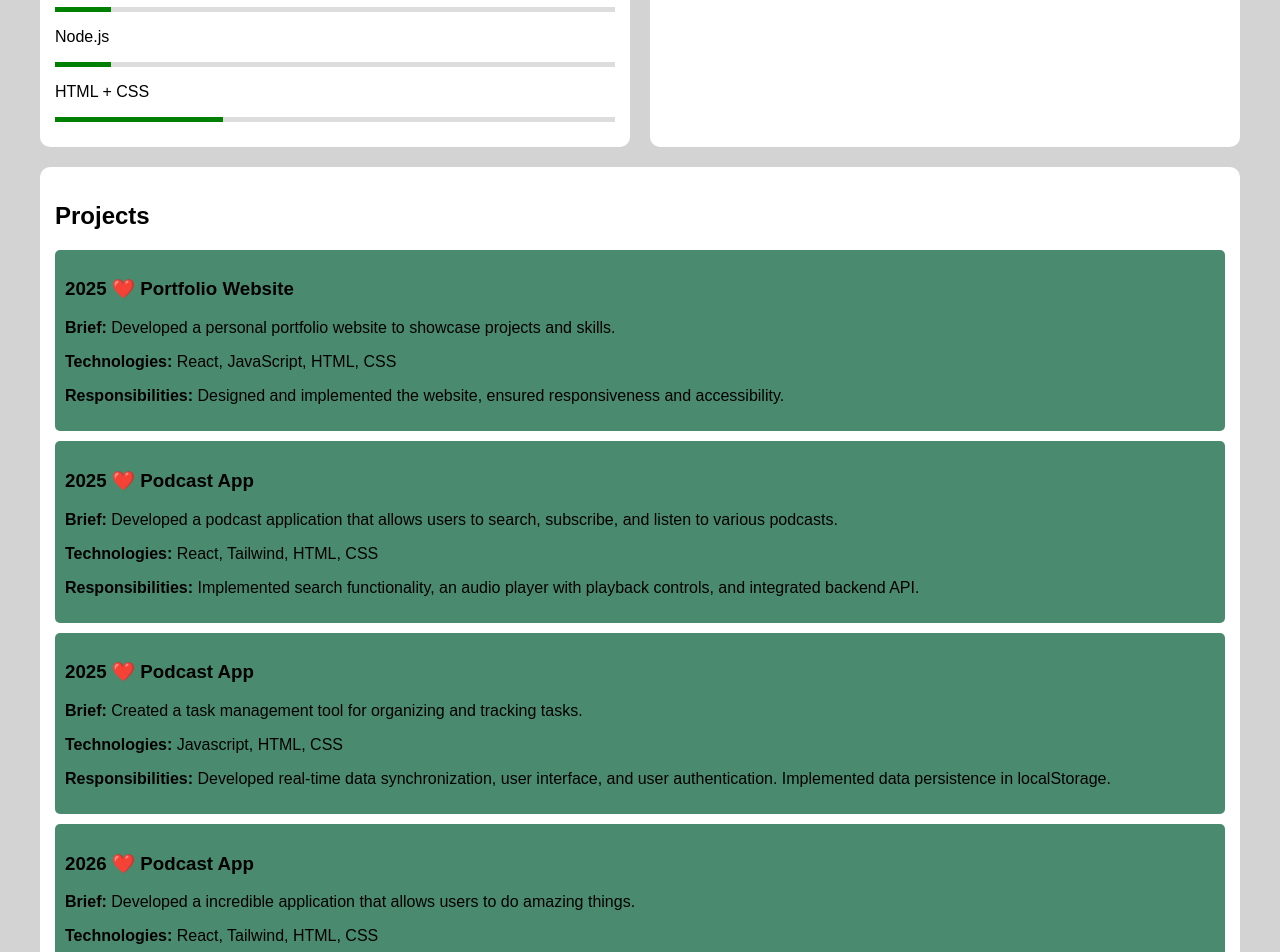
Repository: andajonas/ANDJON25111_fto2502_A2_AndaJonas_SDF_Portfolio_Piece
Page: index.html
These files come from the project's save history. The page is drawn as it stood at one moment and after a run of saves; the edit follows.
The browser window is 1280 px wide. The pictures show the part of the page from y = 403 to 1355 px (the page is 3128 px tall).
A picture or video elsewhere on the page could not be fetched, so the positions and the page height are approximate.

Above is the page before, as saved 2025-04-03 21:31:02.

After the next 4 saves:
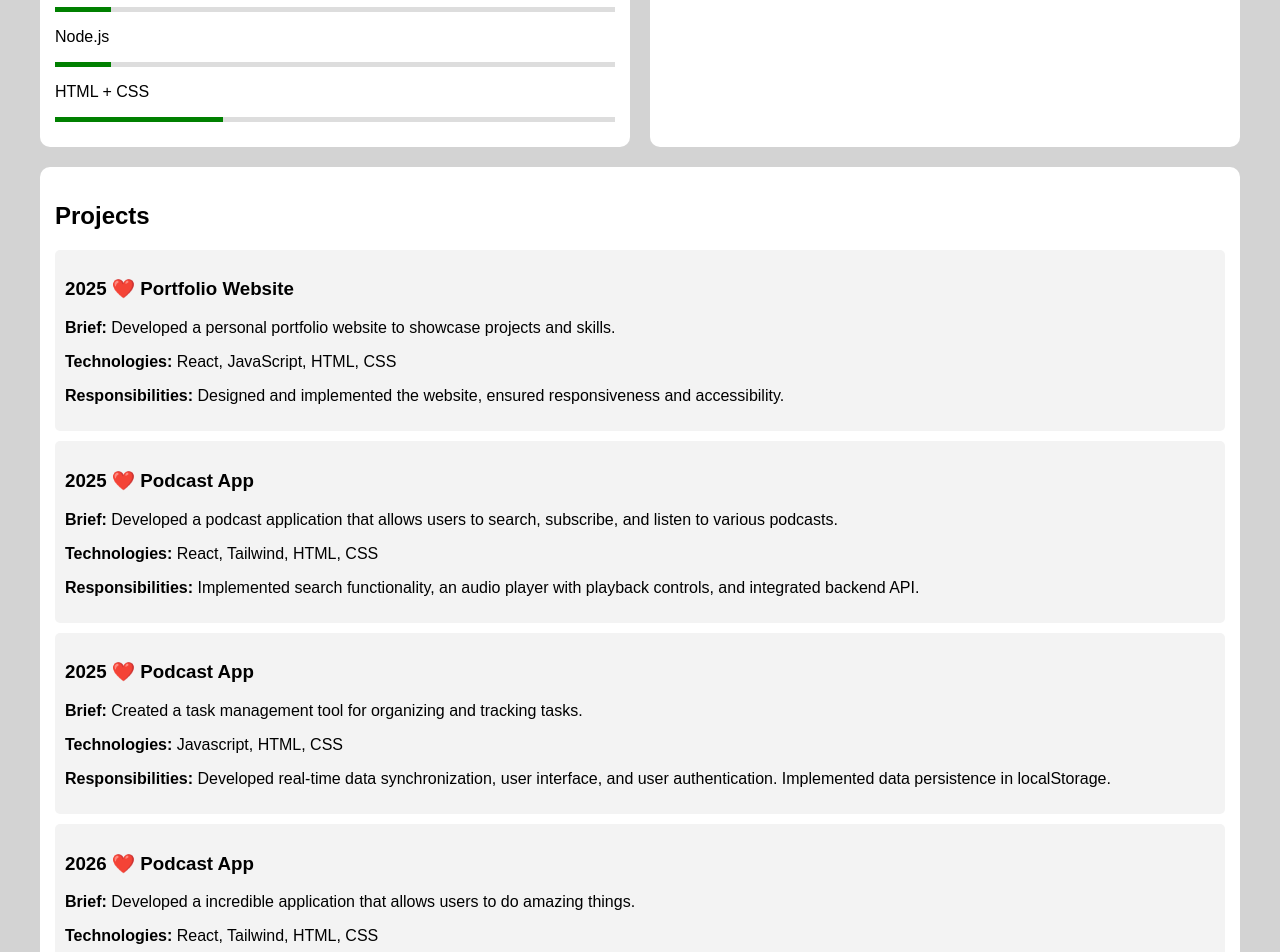
The 4 saves are shown as one change because they came seconds apart.
The last was saved 5 min 5 s later.
--- a/styles.css
+++ b/styles.css
@@ -81,7 +81,7 @@ body {
 }
 
 .project-card {
-    background: #4A8B70;
+    background: #f3f3f3;
     padding: 10px;
     border-radius: 5px;
     margin-bottom: 10px;
